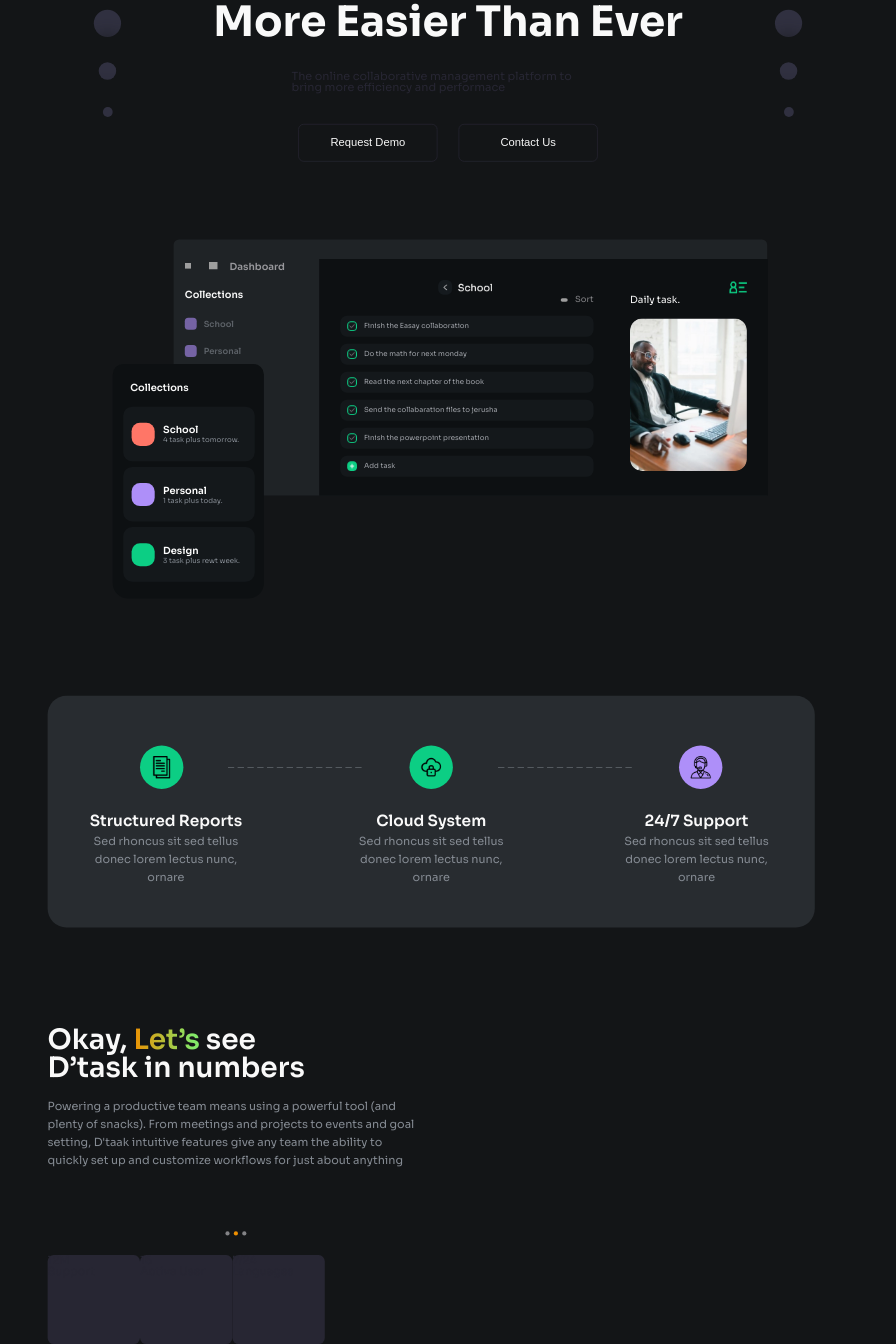
Repository: anhthiethumg/Task_Managerment_Website
Page: index.html
An editor plug-in stored every save of this project. The page is shown before and after a run of saves, followed by the edit.
The browser window is 1280 px wide. The pictures show the part of the page from y = 320 to 2240 px (the page is 2240 px tall), at 70% of full size.
Pictures or frames that could not be fetched are drawn as grey boxes. A picture or video elsewhere on the page could not be fetched, so the positions and the page height are approximate.

Above is the page before, as saved 2023-07-29 00:41:45.

### index.html
<!DOCTYPE html>
<html lang="en">
  <head>
    <meta charset="UTF-8" />
    <meta name="viewport" content="width=device-width, initial-scale=1.0" />
    <title>Task Managerment Website</title>
    <!-- Reset Css -->
    <link rel="stylesheet" href="./assets/css/reset.css" />

    <!-- CSS -->
    <link rel="stylesheet" href="./assets/css/styles.css" />

    <!-- Embed Font-->

    <link rel="preconnect" href="https://fonts.googleapis.com" />
    <link rel="preconnect" href="https://fonts.gstatic.com" crossorigin />
    <link
      href="https://fonts.googleapis.com/css2?family=Sora:wght@400;600;700;800&display=swap"
      rel="stylesheet"
    />
  </head>
  <body>
    <!-- Header -->
    <section class="header">
      <div class="container">
        <navbar class="row nav">
          <img src="./assets/image/logo.svg" alt="Task." />
          <div class="nav-list">
            <a class="nav-item" href="#!">Home</a>
            <a class="nav-item" href="#!">Products</a>
            <a class="nav-item" href="#!">Guidlines</a>
            <a class="nav-item" href="#!">Guidlines</a>
          </div>
          <button class="btn nav-btn">Sign In</button>
        </navbar>
        <section class="hero">
          <div class="row hero__content">
            <div class="stacked-circles">
              <div class="circles"></div>
              <div class="circles"></div>
              <div class="circles"></div>
              <div class="circles"></div>
            </div>
            <div class="hero--content__heading">
              <h1 class="hero__heading">
                Make <span class="heading__liner">Management</span> Way More
                Easier Than Ever
              </h1>
              <p class="hero__desc section-desc">
                The online collaborative management platform to bring more
                efficiency and performace
              </p>
              <div class="hero-btn row">
                <button type="button" class="btn hero__btn">
                  Request Demo
                </button>
                <button type="button" class="btn hero__btn">Contact Us</button>
              </div>
            </div>
            <div class="stacked-circles">
              <div class="circles"></div>
              <div class="circles"></div>
              <div class="circles"></div>
              <div class="circles"></div>
            </div>
          </div>
          <section class="task-manager row">
            <sidebar class="sidebar">
              <div class="row sidebar__header">
                <img
                  src="./assets/icons/icon-sidebar.svg"
                  alt="icon-sidebar"
                  class="icon__sidebar"
                />
                <img
                  src="./assets/icons/dashboard-icon.svg"
                  alt="dashboard-icon"
                  class="dashboard-icon"
                />
                <h4 class="sidebar__heading">Dashboard</h4>
              </div>
              <div class="sidebar__list">
                <h4 class="sidebar__list--heading">Collections</h4>
                <div class="sidebar__list--item">
                  <h5 class="sidebar__item--content">School</h5>
                </div>
                <div class="sidebar__list--item">
                  <h5 class="sidebar__item--content">Personal</h5>
                </div>
              </div>
            </sidebar>
            <section class="task-manager__section">
              <div class="task__header row">
                <img src="./assets/icons/school.png" alt="Back" class="back" />
                <img
                  src="./assets/icons/contact us icon.png"
                  alt="Contact"
                  class="contact-us"
                />
              </div>
              <div class="task__content row">
                <div class="list--work">
                  <div class="list-sort">Sort</div>
                  <div class="work--item">Finish the Easay collaboration</div>
                  <div class="work--item">Do the math for next monday</div>
                  <div class="work--item">
                    Read the next chapter of the book
                  </div>
                  <div class="work--item">
                    Send the collabaration files to jerusha
                  </div>
                  <div class="work--item">
                    Finish the powerpoint presentation
                  </div>
                  <div class="work--item">Add task</div>
                </div>
                <div class="daily-task">
                  <div class="dailytask__heading">Daily task.</div>
                  <img
                    class="dailytask__img"
                    src="./assets/image/Rectangle 50.png"
                    alt="Daily task"
                  />
                </div>
              </div>
              <div class="card">
                <div class="card__heading">Collections</div>
                <div class="card__list">
                  <div class="card__item">
                    <div class="card__item--icon"></div>
                    <div class="card__item--content">
                      <h4 class="card__item--title">School</h4>
                      <p class="card__item--desc">4 task plus tomorrow.</p>
                    </div>
                  </div>
                  <div class="card__item">
                    <div class="card__item--icon"></div>
                    <div class="card__item--content">
                      <h4 class="card__item--title">Personal</h4>
                      <p class="card__item--desc">1 task plus today.</p>
                    </div>
                  </div>
                  <div class="card__item">
                    <div class="card__item--icon"></div>
                    <div class="card__item--content">
                      <h4 class="card__item--title">Design</h4>
                      <p class="card__item--desc">3 task plus rewt week.</p>
                    </div>
                  </div>
                </div>
              </div>
            </section>
          </section>
        </section>
      </div>
    </section>

    <!-- Main -->
    <main class="main">
      <div class="container">
        <!-- Services -->
        <section class="services">
          <div class="services__icon--list">
            <div class="services__icon--bg">
              <img
                src="./assets/icons/report.png"
                alt="Report"
                class="services__icon"
              />
            </div>
            <img src="./assets/icons/dash line-1.svg" alt="dash-line" />
            <div class="services__icon--bg">
              <img
                src="./assets/icons/server.png"
                alt="Server"
                class="services__icon"
              />
            </div>

            <img src="./assets/icons/dash line-1.svg" alt="dash-line" />
            <div class="services__icon--bg">
              <img
                src="./assets/icons/support.png"
                alt="Support"
                class="services__icon"
              />
            </div>
          </div>
          <div class="services__list row">
            <div class="services__items">
              <h3 class="services__heading">Structured Reports</h3>
              <p class="services__desc">
                Sed rhoncus sit sed tellus donec lorem lectus nunc, ornare
              </p>
            </div>
            <div class="services__items">
              <h3 class="services__heading">Cloud System</h3>
              <p class="services__desc">
                Sed rhoncus sit sed tellus donec lorem lectus nunc, ornare
              </p>
            </div>
            <div class="services__items">
              <h3 class="services__heading">24/7 Support</h3>
              <p class="services__desc">
                Sed rhoncus sit sed tellus donec lorem lectus nunc, ornare
              </p>
            </div>
          </div>
        </section>

        <!-- Static -->

        <section class="static row">
          <section class="static__content">
            <h2 class="static__heading section__heading">
              Okay, <span class="heading__liner">Let’s</span> see D’task in numbers
            </h2>
            <p class="static__desc section__desc">
              Powering a productive team means using a powerful tool (and plenty of snacks). From meetings and projects to events and goal setting, D'taak intuitive features give any team the ability to quickly set up and customize workflows for just about anything
            </p>
            <div class="static__dot row">
              <div class="dot"></div>
              <div class="dot"></div>
              <div class="dot"></div>
            </div>
            <div class="static__list row">
              <div class="static__item">
                <div class="static--item__number">
                  12M
                </div>
                <div class="static--item__title">
                  Support
                </div>
              </div>
              <div class="static__item">
                <div class="static--item__number">
                  16
                </div>
                <div class="static--item__title">
                  Active User
                </div>
              </div>
              <div class="static__item">
                <div class="static--item__number">
                  7/24
                </div>
                <div class="static--item__title">
                  Languages
                </div>
              </div>
            </div>
          </section>
        </section>
      </div>
    </main>
  </body>
</html>

### assets/css/styles.css
* {
  box-sizing: border-box;
}

html {
  font-size: 62.5%;
}

:root {
  color: var(--text-color-gray-2, #282c30);
  color: var(--text-color-white, #f9f9f9);
  color: var(
    --primary-color-leniar-color,
    linear-gradient(90deg, #eb9204 1.67%, #83e868 89.99%)
  );
  color: var(--primary-color-background, #131517);
  color: var(--text-color-dark-blue, #272633);
}
body {
  font-size: 1.6rem;
  font-family: "Sora", sans-serif;
  background: var(--primary-color-background, #131517);
}

/* Common */

a {
  text-decoration: none;
}

.container {
  width: 1144px;
  margin: 0 auto;
}

.row {
  display: flex;
}

.btn {
  width: 110px;
  height: 40px;
  border-radius: 8px;
  border: 1px solid var(--text-color-dark-blue, #272633);
  background: #131517;
  text-align: center;
}

.section__desc {
  color: var(--text-color-gray-1, #858b93);
  text-align: center;
  font-size: 1.6rem;
  font-weight: 400;
  line-height: 1.625;
}

.section__heading {
  color: var(--text-color-white, #f9f9f9);
  font-size: 4rem;
  font-weight: 600;
}
/* Header */

.header {
  margin-top: 40px;
  margin-bottom: 140px;
  padding-top: 10px;
}

/* Navbar */

.nav {
  justify-content: space-between;
  align-items: center;
  height: 40px;
  margin-bottom: 157px;
}

.nav-item {
  margin-right: 36px;
  color: var(--text-color-gray-1, #858b93);
  font-size: 1.6rem;
  font-weight: 400;
  line-height: 1.5;
}

.nav-item:hover {
  color: var(--text-color-white, #f9f9f9);
  text-decoration: underline;
}

.nav-btn {
  background: var(
    --primary-color-leniar-color,
    linear-gradient(90deg, #eb9204 1.67%, #83e868 89.99%)
  );
  background-clip: text;
  -webkit-background-clip: text;
  -webkit-text-fill-color: transparent;
  font-size: 1.6rem;
  font-weight: 400;
  line-height: 1.5;
}

/* hero-content */
.hero__content {
  padding: 0 25px;
  justify-content: space-between;
}
.hero__heading {
  margin: 0 auto 34px;
  width: 783px;
  color: var(--text-color-white, #f9f9f9);
  text-align: center;
  font-size: 6rem;
  font-weight: 700;
  line-height: 1.17;
}

.heading__liner {
  background: var(
    --primary-color-leniar-color,
    linear-gradient(90deg, #eb9204 1.67%, #83e868 89.99%)
  );
  background-clip: text;
  -webkit-background-clip: text;
  -webkit-text-fill-color: transparent;
}

.hero__desc {
  width: 447px;
  margin: 0 auto 44px;
}

.hero-btn {
  justify-content: center;
  gap: 30px;
}

.hero__btn {
  margin-bottom: 111px;
  width: 199px;
  height: 54px;
  color: var(--text-color-white, #f9f9f9);
  font-size: 1.6rem;
  font-weight: 400;
  line-height: 1.625;
}

.hero__btn:hover {
  background: var(
    --primary-color-leniar-color,
    linear-gradient(90deg, #eb9204 1.67%, #83e868 89.99%)
  );
}

/* hero circle */

.stacked-circles {
  display: flex;
  flex-direction: column;
  align-items: center;
  margin-top: -75px;
}

.circles {
  fill: linear-gradient(180deg, #111118 4.96%, rgba(43, 43, 61, 0) 100%);
  box-shadow: 0px 39px 31px 0px #313141 inset;
  border-radius: 50%;
}
.circles:first-child {
  width: 121px;
  height: 121px;
  margin-bottom: 41px;
}

.circles:nth-child(2) {
  width: 39px;
  height: 39px;
  margin-bottom: 36px;
}

.circles:nth-child(3) {
  width: 25px;
  height: 25px;
  margin-bottom: 39px;
}

.circles:last-child {
  width: 14px;
  height: 14px;
  flex-shrink: 0;
}

/* task manager */

.task-manager {
  width: 848px;
  height: 366px;
  border-radius: 8px 8px 0px 0px;
  background: #1f2326;
  margin-left: 180px;
}

.sidebar {
  padding: 18px 0 0 16px;
}

.sidebar__header {
  width: 192px;
  height: 39px;
  align-items: center;
}

.icon__sidebar {
  width: 9px;
  height: 9px;
  margin-right: 25px;
}

.dashboard-icon {
  width: 13px;
  height: 11px;
  margin-right: 17px;
}

.sidebar__heading {
  color: #98989c;
  font-size: 1.4rem;
  font-weight: 600;
}

.sidebar__list--heading {
  margin: 15px 0 15px;
  color: var(--text-color-white, #f9f9f9);
  font-size: 1.4rem;
  font-weight: 600;
}

.sidebar__list--item {
  width: 192px;
  height: 39px;
  display: flex;
  align-items: center;
}

.sidebar__list--item:hover {
  background: #2b2d2f;
}
.sidebar__item--content {
  color: var(--text-color-gray-1, #858b93);
  font-size: 1.2rem;
  font-weight: 600;
  opacity: 0.6000000238418579;
  display: flex;
  align-items: center;
}

.sidebar__item--content::before {
  display: inline-block;
  content: " ";
  width: 17px;
  height: 17px;
  border-radius: 5px;
  background: #ae8ff9;
  margin-right: 10px;
}

.task-manager__section {
  position: relative;
  margin-top: 28px;
  margin-right: 15px;
  background: #0d1012;
  width: 100%;
  padding: 30px;
}

.task__header {
  margin-left: 140px;
  justify-content: space-between;
}

.list--work {
  width: 362px;
  margin-right: 52px;
}

.list-sort {
  color: #838386;
  font-size: 1.2rem;
  font-weight: 400;
  text-align: right;
  height: 30px;
}

.list-sort::before {
  display: inline-block;
  content: " ";
  width: 10px;
  height: 5px;
  border-radius: 5px;
  margin-right: 10px;
  background-image: url(../icons/sort.svg);
  margin-left: 10px;
}
.work--item {
  display: flex;
  align-items: center;
  margin-bottom: 10px;
  width: 100%;
  height: 30px;
  border-radius: 10px;
  background: #14181b;
  color: #9ea1a7;
  font-size: 1rem;
  font-weight: 300;
}

.work--item:before {
  display: inline-block;
  content: " ";
  width: 14px;
  height: 14px;
  border-radius: 5px;
  margin-right: 10px;
  background-image: url(../icons/check.svg);
  margin-left: 10px;
}

.work--item:last-child:before {
  background-image: url(../icons/add.svg);
}

.dailytask__heading {
  color: var(--text-color-white, #f9f9f9);
  font-size: 1.4rem;
  font-weight: 400;
  margin-bottom: 20px;
}

.dailytask__img {
  width: 167px;
  height: 218px;
  flex-shrink: 0;
  border-radius: 17px;
  background: rgba(13, 16, 18, 0.24);
}

.card {
  position: absolute;
  width: 216px;
  height: 335px;
  border-radius: 15px 15px 22px 22px;
  background: #0d1012;
  padding: 26px 15px;
  left: -295px;
  top: 150px;
}

.card__heading {
  color: #f9f9f9;
  font-size: 1.4rem;
  font-weight: 600;
  margin-left: 10px;
  margin-bottom: 21px;
}

.card__item {
  display: flex;
  align-items: center;
  width: 188px;
  height: 78px;
  border-radius: 13px;
  background: #14181b;
  margin-bottom: 8px;
}
.card__item--icon {
  width: 33px;
  height: 33px;
  border-radius: 12px;
  margin: 12px;
}

.card__item:first-child .card__item--icon {
  background: var(--primary-color-dark-orange, #ff7667);
}

.card__item:nth-child(2) .card__item--icon {
  background: var(--primary-color-blue, #ae8ff9);
}

.card__item:last-child .card__item--icon {
  background: var(--primary-color-green, #0cce84);
}

.card__item--title {
  color: #fff;
  font-size: 1.4rem;
  font-weight: 600;
  margin-bottom: 3px;
}

.card__item--desc {
  color: var(--text-color-gray-1, #858b93);
  font-size: 1rem;
  font-weight: 400;
}

/* services */

.services {
  padding: 41px 50px 53px 50px;
  margin-top: 286px;
  margin-bottom: 140px;
  width: 1096px;
  height: 331px;
  border-radius: 27px;
  background: var(--text-color-gray-2, #282c30);
}

.services__icon--list {
  display: flex;
  align-items: center;
  justify-content: space-around;
  margin: 30px 50px;
}

.services__icon--bg {
  background: var(--primary-color-green, #0cce84);
  width: 62px;
  height: 62px;
  border-radius: 50%;
  display: flex;
  align-items: center;
  justify-content: center;
}

.services__icon--bg:nth-child(2) {
  background: var(--primary-color-dark-yellow, #ef8f00);
}

.services__icon--bg:last-child {
  background: var(--primary-color-blue, #ae8ff9);
}
.services__icon {
  width: 32px;
  height: 32px;
}

.services__list {
  justify-content: space-between;
}

.services__items {
  width: 238px;
  text-align: center;
}

.services__heading {
  color: var(--text-color-white, #f9f9f9);
  font-size: 2.2rem;
  font-weight: 600;
  line-height: 1.45;
}

.services__desc {
  color: #858b93;
  font-size: 1.6rem;
  font-weight: 400;
  line-height: 1.625;
}

/* Static */
.static__content {
  width: 537px;
}
.static__heading {
  width: 368px;
  margin-bottom: 22px;
}

.static__desc {
  width: 537px;
  height: 106px;
  text-align: left;
  margin-bottom: 86px;
}

.static__dot {
  gap: 6px;
  justify-content: center;
  margin-bottom: 28px;
}
.dot {
  width: 6px;
  height: 6px;
  border-radius: 50%;
  background: #838386;
}

.dot:nth-child(2) {
  background: #ef8f00;
}

.static__item {
  width: 132px;
  height: 127px;
  border-radius: 9px;
  background: var(--text-color-dark-blue, #272633);
}

.static__item:nth-child(odd) {

}

Loaded but not shown: assets/css/reset.css (common file)

After the next 2 saves:
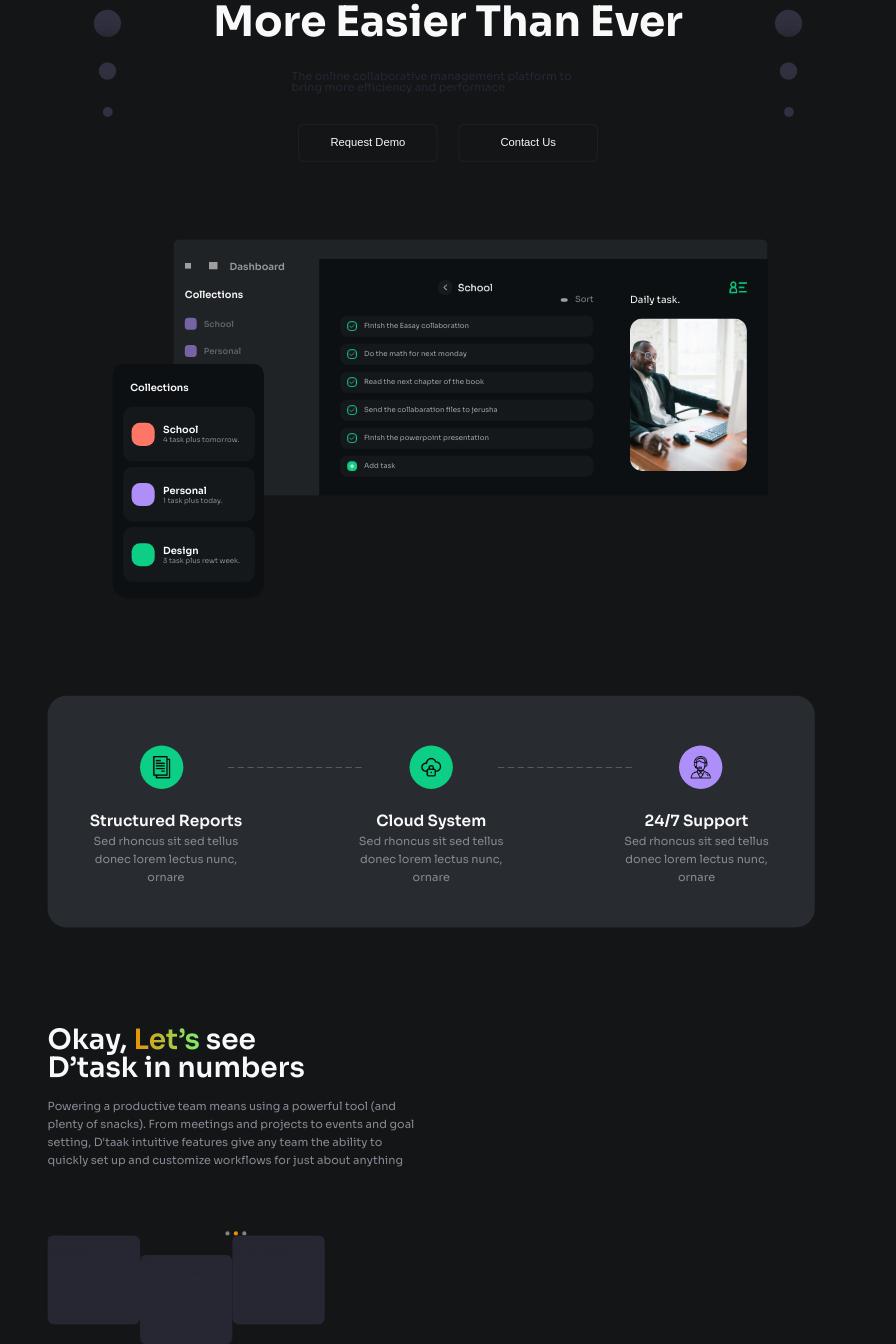
The 2 saves are shown as one change because they came seconds apart.
The last was saved 11 s later.
--- a/assets/css/styles.css
+++ b/assets/css/styles.css
@@ -510,5 +510,5 @@ a {
 }
 
 .static__item:nth-child(odd) {
-
-}
+margin-top: -28px;
+}
